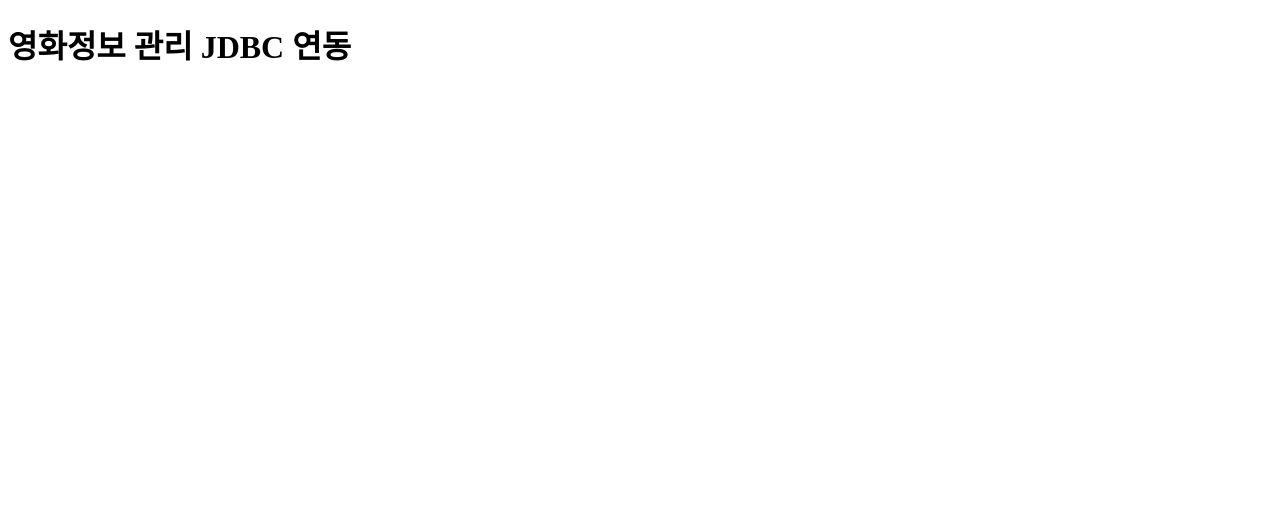
Repository: s00ngle/SSAFY-BE
Page: http://localhost/back_db_ws_10_2/
An editor plug-in stored every save of this project. The page is shown before and after the next save, followed by the edit.
The browser window is 1280 px wide. The pictures show the whole page.
The page is served by Tomcat 9.

Above is the page before, as saved 2024-09-25 03:04:11.

After the next save:
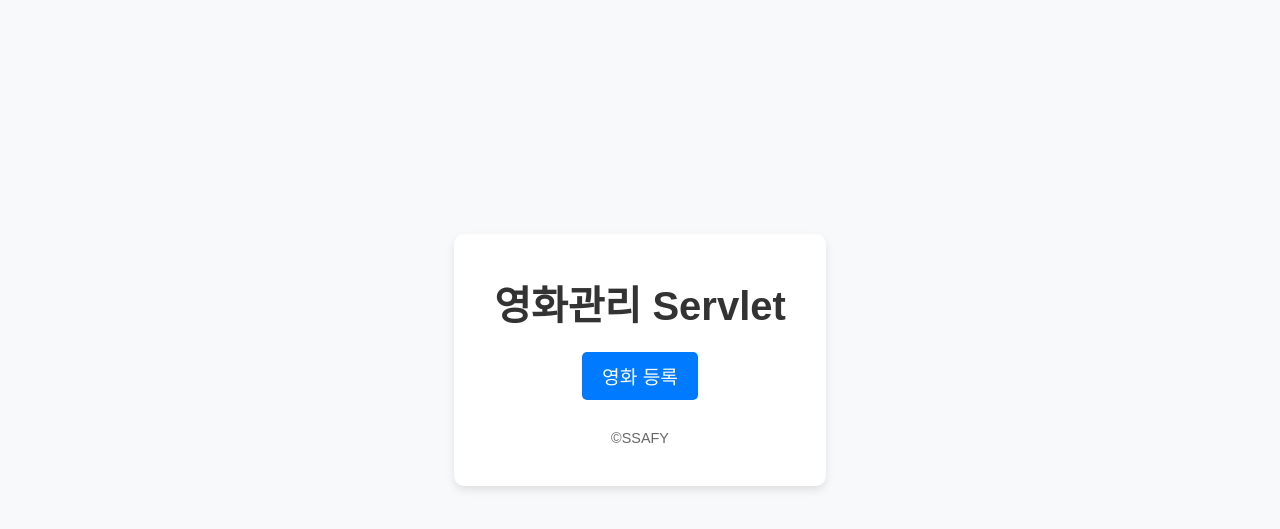
Saved 38 s later.
--- a/back_db_ws_10_2/src/main/webapp/index.jsp
+++ b/back_db_ws_10_2/src/main/webapp/index.jsp
@@ -1,13 +1,64 @@
 <%@ page language="java" contentType="text/html; charset=UTF-8"
 	pageEncoding="UTF-8"%>
 <!DOCTYPE html>
-<html>
+<html lang="ko">
 <head>
-<meta charset="UTF-8">
-<title>Insert title here</title>
+    <meta charset="UTF-8">
+    <meta name="viewport" content="width=device-width, initial-scale=1.0">
+    <title>영화정보사이트</title>
+    <style>
+        * {
+            box-sizing: border-box;
+            margin: 0;
+            padding: 0;
+            font-family: 'Arial', sans-serif;
+        }
+        body {
+            background-color: #f8f9fa;
+            display: flex;
+            justify-content: center;
+            align-items: center;
+            height: 100vh;
+        }
+        .container {
+            text-align: center;
+            background-color: #fff;
+            padding: 40px;
+            border-radius: 10px;
+            box-shadow: 0 4px 8px rgba(0, 0, 0, 0.1);
+        }
+        h1 {
+            font-size: 2.5em;
+            color: #333;
+            margin-bottom: 20px;
+        }
+        a {
+            display: inline-block;
+            text-decoration: none;
+            padding: 10px 20px;
+            background-color: #007BFF;
+            color: #fff;
+            border-radius: 5px;
+            font-size: 1.2em;
+            transition: background-color 0.3s ease;
+        }
+        a:hover {
+            background-color: #0056b3;
+        }
+        footer {
+            margin-top: 30px;
+            font-size: 0.9em;
+            color: #666;
+        }
+    </style>
 </head>
 <body>
-	<!-- 메인화면을 구현하세요 -->
-	<h1>영화정보 관리 JDBC 연동 </h1>
+    <div class="container">
+        <h1>영화관리 Servlet</h1>
+        <a href="/regist.jsp">영화 등록</a>
+        <footer>
+            &copy;SSAFY
+        </footer>
+    </div>
 </body>
 </html>
